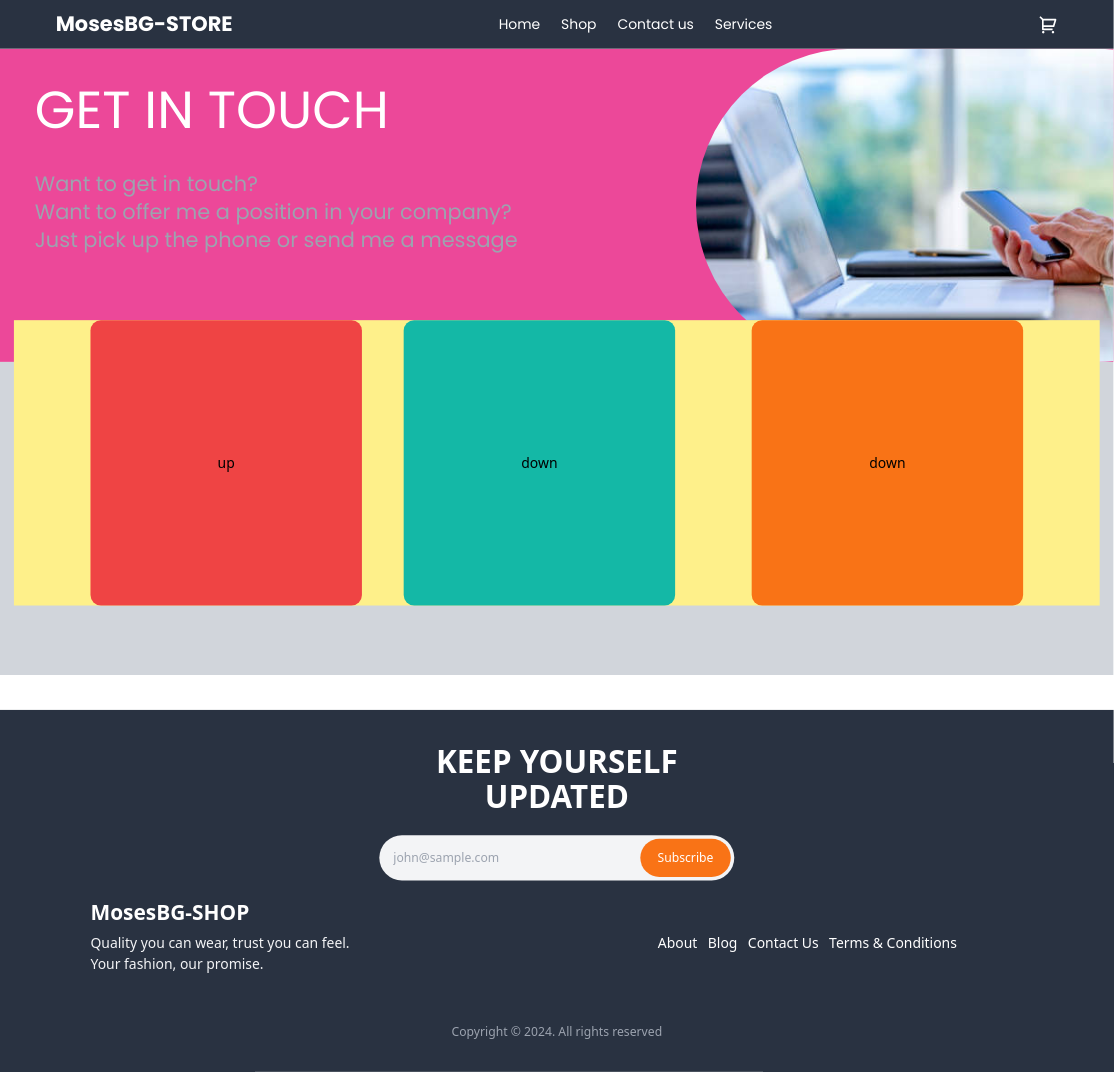
Repository: moshebengan/cart
Page: /fake-store/contact-us
These files come from the project's save history. The page is drawn as it stood at one moment and after the next save; the edit follows.
The browser window is 1280 px wide. The pictures show the whole page, at 87% of full size.
The project was rebuilt for these pictures with package versions that can differ from the ones it lists, and the page was loaded fresh each time. Also part of the build but not shown: vite.config.js, src/components/Error.jsx, src/utils/data.js, src/utils/apiCalls.js, src/components/Loading.jsx, src/components/Products.jsx, src/pages/HomePage.jsx, src/components/EmptyCart.jsx and 4 more.

Above is the page before, as saved 2024-09-16 09:14:56.

### index.html
<!DOCTYPE html>
<html lang="en">
  <head>
    <meta charset="UTF-8" />
    <link rel="icon" type="image/svg+xml" href="/vite.svg" />
    <meta name="viewport" content="width=device-width, initial-scale=1.0" />
    <link rel="preconnect" href="https://fonts.googleapis.com" />
    <link rel="preconnect" href="https://fonts.gstatic.com" crossorigin />
    <link
      href="https://fonts.googleapis.com/css2?family=Poppins:ital,wght@0,100;0,200;0,300;0,400;0,500;0,600;0,700;0,800;0,900;1,100;1,200;1,300;1,400;1,500;1,600;1,700;1,800;1,900&display=swap"
      rel="stylesheet"
    />
    <title>MosesBG-SHOP</title>
  </head>
  <body>
    <div id="root"></div>
    <script type="module" src="/src/main.jsx"></script>
  </body>
</html>

### src/main.jsx
import { StrictMode } from 'react'
import { createRoot } from 'react-dom/client'

import './index.css'
import { createBrowserRouter, RouterProvider } from 'react-router-dom'
import routes from './routes.jsx'

const router = createBrowserRouter(routes)

createRoot(document.getElementById('root')).render(
  <StrictMode>
    <RouterProvider router={router} />
  </StrictMode>,
)

### src/index.css
@tailwind base;
@tailwind components;
@tailwind utilities;

body,
html {
  height: 100%;
  width: 100%;
}

.container {
  width: 90%;
  margin: auto;
}

### src/routes.jsx
import Error from "./components/Error";
import ContactUs from "./pages/ContactUs";
import HomePage from "./pages/HomePage";
import MyCart from "./pages/MyCart";
import NavigationBar from "./pages/NavigationBar";
import ShopPage from "./pages/ShopPage";


const routes = [
	{
		path: '/fake-store',
		element: <NavigationBar />,
		children: [
			{
				path:"home",
				element:<HomePage/>,
				errorElement: <Error/>
			},
			{ 	path: 'shop',
				 	element: <ShopPage />,
					errorElement: <Error/>

			},
			{
				path: 'cart',
				element: <MyCart />,
				errorElement: <Error/>
			},
			{
				path:'contact-us',
				element: <ContactUs/>,
				errorElement: <Error />
			}
		]

	},

];

export default routes

### src/pages/ContactUs.jsx
import Footer from "../components/Footer";

const ContactUs = () => {
  return (
    <>
      <div className="w-full h-screen flex flex-col overflow-x-hidden">
        <div className="w-full h-[50%] relative">
          <div className="h-full bg-pink-500 flex flex-col">
            <h3 className="text-white text-6xl ml-10 mt-10 font-poppins">
              GET IN TOUCH
            </h3>
            <h4 className="text-gray-400 text-2xl ml-10 mt-10 font-poppins">
              Want to get in touch? <br />
              Want to offer me a position in your company?
              <br />
              Just pick up the phone or send me a message
            </h4>
          </div>
          <img
            src="/public/contactus2.jpg"
            alt=""
            className="w-[50%] h-full absolute -right-40 top-0 rounded-full object-cover"
          />
        </div>
        <div className="relative w-full h-[50%] bg-gray-300 p-4">
        <div className="h-full  bg-yellow-200 flex justify-evenly relative -top-16  ">
          <div className=" ml-10 w-1/4 h-full bg-red-500  flex items-center justify-center rounded-xl ">
            up
          </div>
          <div className="mr-10 w-1/4 h-full bg-teal-500  flex items-center justify-center rounded-xl ">
            down
          </div>
          <div className="mr-10 w-1/4 h-full bg-orange-500  flex items-center justify-center rounded-xl ">
            down
          </div>
          </div>
        </div>
      </div>

      <Footer />
    </>
  );
};

export default ContactUs;

### src/pages/NavigationBar.jsx
import { useState } from "react";
import { Link, Outlet } from "react-router-dom";
import { IoMdMenu, IoMdClose } from "react-icons/io";
import Cart from "../components/Cart";

const NavigationBar = () => {
  const [isOpen, setIsOpen] = useState(false);
  const [cartItems, setCartItems] = useState(0);

  const openNav = () => {
    setIsOpen(!isOpen);
  };

  const resetNav = () => {
    if (isOpen) setIsOpen(!isOpen);
  };

  return (
    <>
      <div className="w-full bg-dark-blue font-poppins">
        <div className="container">
          <nav className="py-3 flex justify-between items-center text-white">
            <h1 className="font-bold text-2xl">MosesBG-STORE</h1>
            <div className="hidden md:flex gap-6">
              <Link to={"/fake-store/home"}>Home</Link>
              <Link to={"/fake-store/shop"}>Shop</Link>
              <Link to={"/fake-store/contact-us"}>Contact us</Link>
              <Link>Services</Link>
            </div>
            <div className="flex flex-row items-center gap-5">
              <Cart resetNav={resetNav} items={cartItems} />
              <div className="z-50 md:hidden">
                <button className="flex items-center">
                  {isOpen ? (
                    <IoMdClose className="p1" onClick={openNav} />
                  ) : (
                    <IoMdMenu className="p1" onClick={openNav} />
                  )}
                </button>
              </div>
            </div>
          </nav>
          <div
            className={`container text-dark-blue ${
              isOpen ? "block" : "hidden"
            } `}
          >
            <div className="z-40 fixed top-0 left-0 bottom-0 w-full bg-dark-blu opacity-35"></div>
            <nav className="z-50 fixed top-0 left-0 bottom-0 flex flex-col gap-10 w-5/6 max-w-sm py-6 px-6 bg-[#F8F8F8] overflow-y-auto">
              <div>
                <h1 className="font-bold text-3xl">MosesBG-SHOP</h1>
                <hr className="h-px mt-3 bg-gray-200 border-0" />
              </div>
              <div className="flex flex-col gap-5">
                <Link
                  to={"/fake-store"}
                  className="nav-item-hover"
                  onClick={resetNav}
                >
                  Home
                </Link>
                <Link
                  to={"/fake-store/shop"}
                  className="nav-item-hover"
                  onClick={resetNav}
                >
                  Shop
                </Link>
                <Link className="nav-item-hover">Contact Us</Link>
                <Link className="nav-item-hover">Services</Link>
                <hr className="h-px mt-3 bg-gray-200 border-0" />
              </div>
            </nav>
          </div>
        </div>
      </div>
      <div className="h-screen w-auto">
        <Outlet context={[cartItems, setCartItems]} />
      </div>
    </>
  );
};

export default NavigationBar;

### src/components/Footer.jsx
import { Link } from "react-router-dom";

const Footer = () => {
  return (
    <footer className="w-full h-auto bg-dark-blue mt-10 pb-5">
      <div className="mx-auto max-w-md text-center p-5">
        <h1 className="font-bold text-4xl text-white mt-5 mb-3">
          KEEP YOURSELF UPDATED
        </h1>
        <form className="mt-6">
          <div className="relative max-w-lg">
            <label className="sr-only" htmlFor="email">
              Email
            </label>
            <input
              type="email"
              name="email"
              id="email"
              placeholder="john@sample.com"
              className="w-full rounded-full border-gray-200 bg-gray-100 p-4 pe-32 text-sm font-medium focus:outline-none"
            />
            <button className="absolute end-1 top-1/2 -translate-y-1/2 rounded-full bg-orange-500 px-5 py-3 text-sm font-medium text-white hover:bg-orange-900">
              Subscribe
            </button>
          </div>
        </form>
      </div>
      <div className="container grid grid-cols-1 text-white my-10 md:grid-cols-2">
        <div className="w-full flex flex-col px-10 md:text-left ">
          <h1 className="font-bold text-2xl mb-2">MosesBG-SHOP</h1>
          <p className="mb-4 text-base text-gray-100">
          Quality you can wear, trust you can feel. <br />
          Your fashion, our promise.
          </p>
        </div>
        <div className="w-full flex justify-center items-center gap-6 flex-wrap md:gap-3">
          <Link>About</Link>
          <Link>Blog</Link>
          <Link>Contact Us</Link>
          <Link>Terms & Conditions</Link>
        </div>
      </div>
      <p className="mt-10 mb-4 text-sm text-gray-400 text-center">
        Copyright © 2024. All rights reserved
      </p>
    </footer>
  );
};

export default Footer;

### src/components/Cart.jsx
import { RiShoppingCart2Line } from "react-icons/ri";
import { Link } from "react-router-dom";

const Cart = ({ resetNav, items }) => {
  return (
    <Link to={"/fake-store/cart"} onClick={resetNav}>
      <div className="relative">
        <RiShoppingCart2Line size={"1.4em"} />
        <span className="absolute text-xs bg-orange-500 p-0.3 px-1 text-red-50 rounded-full -top-1.5 left-4">
          {items > 0 ? items : ""}
        </span>
      </div>
    </Link>
  );
};

export default Cart;

### tailwind.config.js
/** @type {import('tailwindcss').Config} */
export default {
  content: [
    "./index.html",
    "./src/**/*.{js,ts,jsx,tsx}",
  ],
  theme: {
    fontFamily: {
      poppins: ["Poppins", "sans-serif"]
    },
    extend: {
      backgroundImage: {
        "homepage-image": "url('/public/bghomepage.jpg')",
        "homepage-darker": "url('/public/darkerbg.jpg')",
        "contact-us-image": "url('/public/contactus.jpg')"
      },
      colors: {
      "dark-blue": "#293241"
    },
    keyframes: {
      'fade-in-out': {
        '0%': { opacity: '0', transform: 'scale(0.95)' },
        '100%': { opacity: '1', transform: 'scale(1)' },
      },
    },
    animation: {
      'fade-in-out': 'fade-in-out 0.5s ease-in-out', // Customize duration and easing
    },
  }
  },
  plugins: [],
}

After the next save:
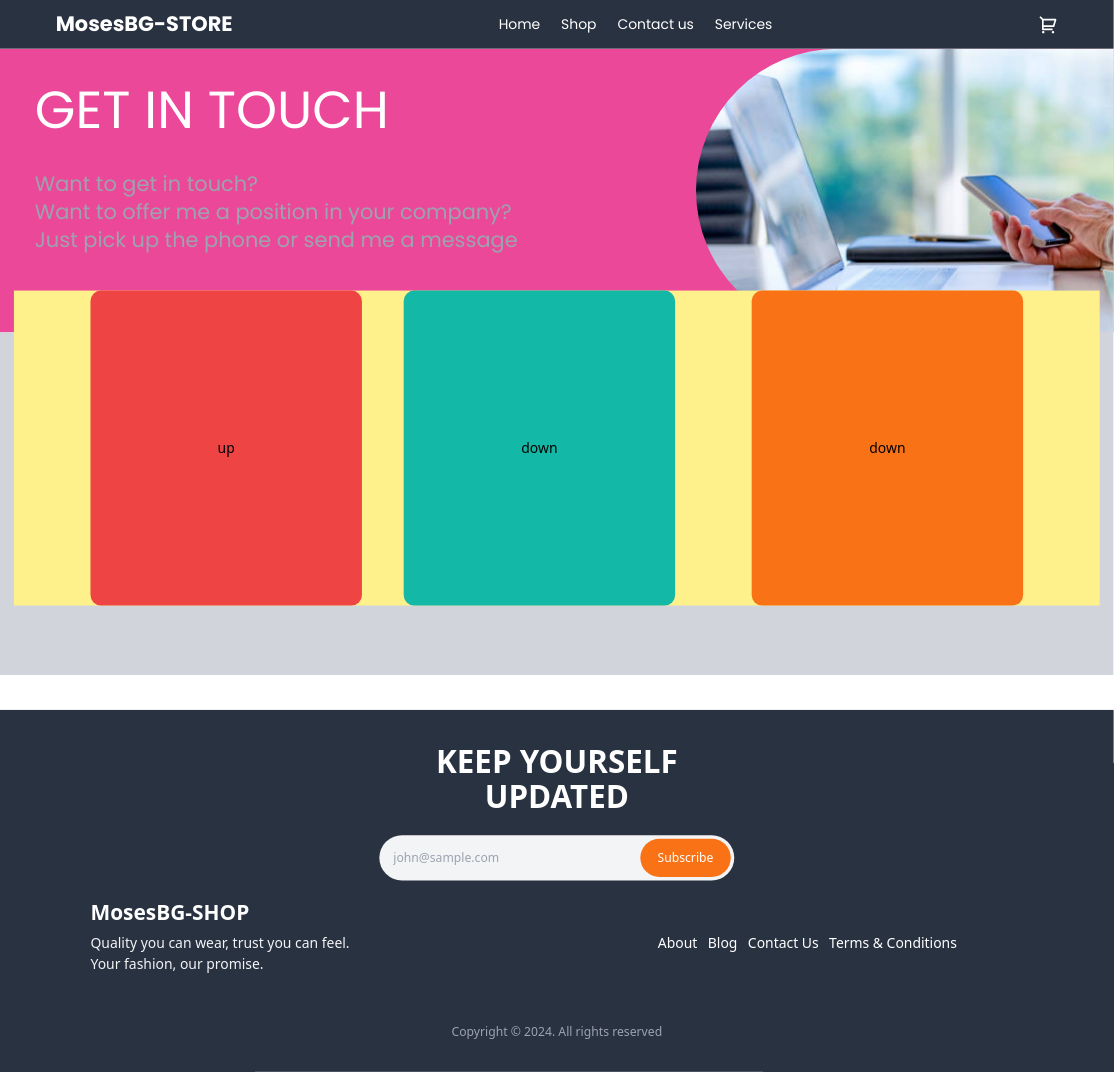
Saved 11 s later.
--- a/src/pages/ContactUs.jsx
+++ b/src/pages/ContactUs.jsx
@@ -22,7 +22,7 @@ const ContactUs = () => {
             className="w-[50%] h-full absolute -right-40 top-0 rounded-full object-cover"
           />
         </div>
-        <div className="relative w-full h-[50%] bg-gray-300 p-4">
+        <div className="relative w-full h-[60%] bg-gray-300 p-4">
         <div className="h-full  bg-yellow-200 flex justify-evenly relative -top-16  ">
           <div className=" ml-10 w-1/4 h-full bg-red-500  flex items-center justify-center rounded-xl ">
             up
